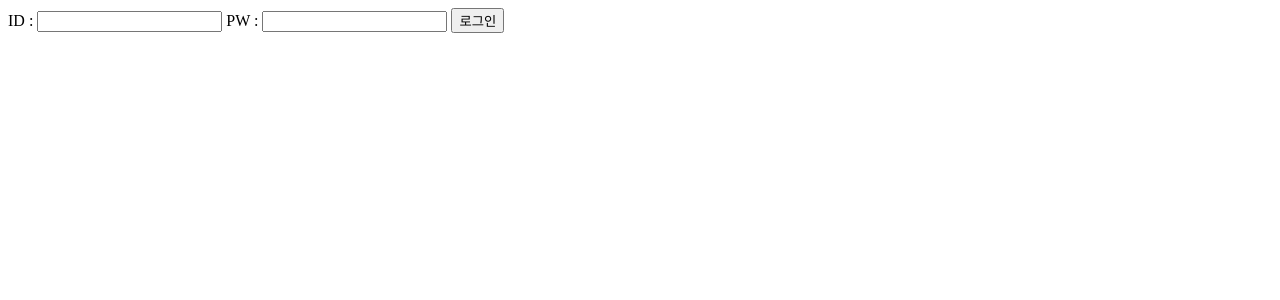
Repository: BartsimisraB/JavaPractice_
Page: http://localhost/Webpractice4/Logout.jsp
An editor plug-in stored every save of this project. The page is shown before and after the next save, followed by the edit.
The browser window is 1280 px wide. The pictures show the whole page.
The page is served by Tomcat 9.

Above is the page before, as saved 2023-01-11 02:17:13.

### Webpractice4/src/main/webapp/Logout.jsp
<%@ page language="java" contentType="text/html; charset=UTF-8"
    pageEncoding="UTF-8"%>
<!DOCTYPE html>
<html>
<head>
<meta charset="UTF-8">
<title>Insert title here</title>
</head>
<body>
	<form action="example10.jsp" method="post">
		ID : <input type = "text" name = "id">
		PW : <input type = "password" name = "pw">
		<input type = "submit" value = "로그인">
	</form>
</body>
</html>

After the next save:
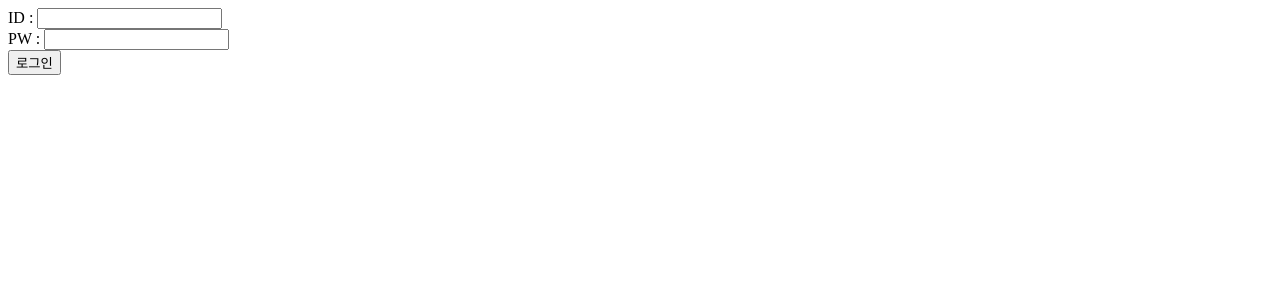
Saved 52 s later.
--- a/Webpractice4/src/main/webapp/Logout.jsp
+++ b/Webpractice4/src/main/webapp/Logout.jsp
@@ -8,8 +8,8 @@
 </head>
 <body>
 	<form action="example10.jsp" method="post">
-		ID : <input type = "text" name = "id">
-		PW : <input type = "password" name = "pw">
+		ID : <input type = "text" name = "id"><br>
+		PW : <input type = "password" name = "pw"><br>
 		<input type = "submit" value = "로그인">
 	</form>
 </body>
